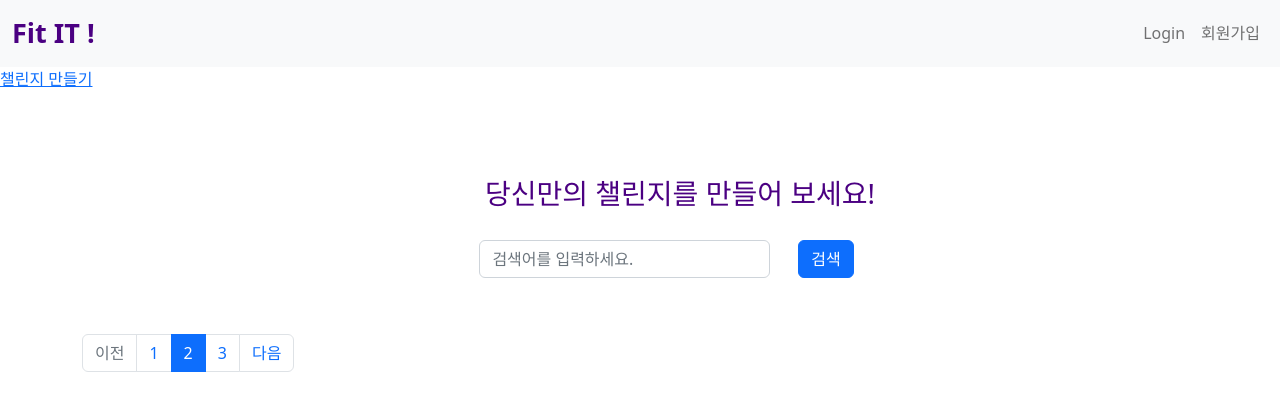
Repository: 4everGirls/Fit-IT-FRONT
Page: /makeChallenge (app in FrontEnd/fit-it/)
These files come from the project's save history. The page is drawn as it stood at one moment and after the next save; the edit follows.
The browser window is 1280 px wide. The pictures show the whole page.
The project was rebuilt for these pictures with package versions that can differ from the ones it lists, and the page was loaded fresh each time. Also part of the build but not shown: FrontEnd/fit-it/vue.config.js, FrontEnd/fit-it/src/views/HomeView.vue, FrontEnd/fit-it/src/components/user/RegistUser.vue, FrontEnd/fit-it/src/components/user/LoginUser.vue.

Above is the page before, as saved 2022-11-20 12:45:19.

After the next save:
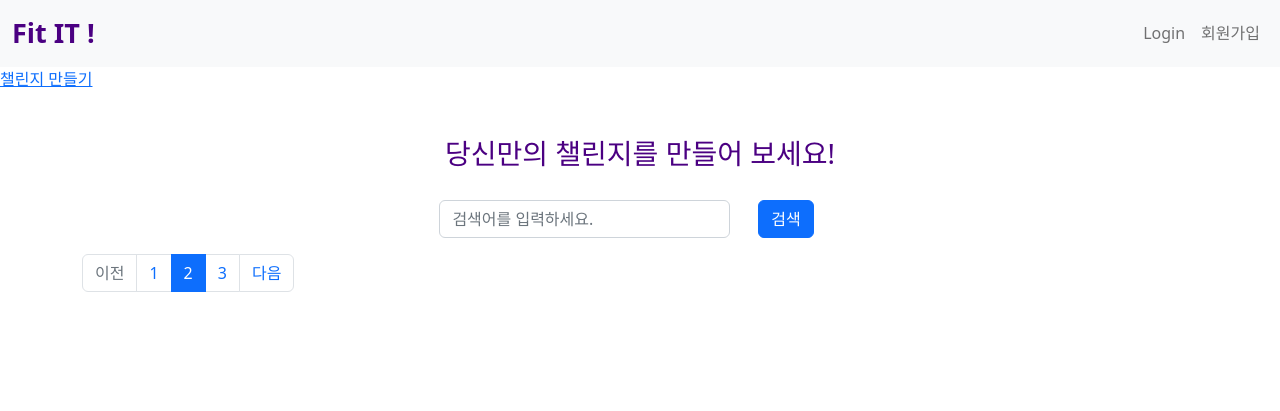
Saved 5 s later.
--- a/FrontEnd/fit-it/src/components/challenge/MakeChallenge/SearchVideo.vue
+++ b/FrontEnd/fit-it/src/components/challenge/MakeChallenge/SearchVideo.vue
@@ -68,7 +68,4 @@ export default {
   align-items: center;
   flex-direction: column;
 }
-.container {
-  margin: 40px;
-}
 </style>
